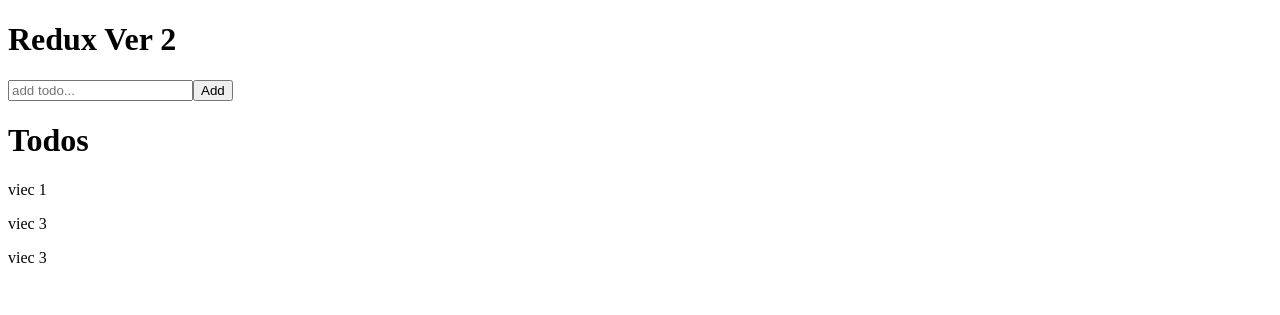
Repository: huynhnt1406/react-redux-tutorial
Page: / (app in redux-v2/)
These files come from the project's save history. The page is drawn as it stood at one moment and after the next save; the edit follows.
The browser window is 1280 px wide. The pictures show the whole page.
The project was rebuilt for these pictures with package versions that can differ from the ones it lists, and the page was loaded fresh each time.

Above is the page before, as saved 2021-06-19 02:31:31.

### redux-v2/src/index.js
import React from 'react';
import ReactDOM from 'react-dom';
import App from './App';
import * as serviceWorker from './serviceWorker';

ReactDOM.render(
  <React.StrictMode>
      <App />
  </React.StrictMode>,
  document.getElementById('root')
);

// If you want your app to work offline and load faster, you can change
// unregister() to register() below. Note this comes with some pitfalls.
// Learn more about service workers: https://bit.ly/CRA-PWA
serviceWorker.unregister();

### redux-v2/src/App.js
import React from 'react';
import TodoForm from './component/TodoForm';
import Todos from './component/Todos';
import {Provider} from 'react-redux'
import store from './store';
function App() {
  return (
    <Provider store={store}>
      <div className="App">
        <h1>Redux Ver 2</h1>
        <TodoForm/>
        <Todos/>
      </div>
    </Provider>
  );
}

export default App;

### redux-v2/src/component/TodoForm.jsx
import React from 'react'
import { useState } from 'react'
import { useDispatch } from 'react-redux'
import {v4 as uuidv4} from 'uuid'
import { addTodo } from '../store/reducer/todoReducer'
function TodoForm() {

    const [title, setTitle] = useState('')
    const dispatch = useDispatch()

    const handleChange = (e) => {
        setTitle(e.target.value)
    }
    const handleSubmit = (e) => {
        e.preventDefault()
        if(title !==''){
            const newTodo = {
                id:uuidv4(),
                title,
                completed:false
            }
            dispatch(addTodo(newTodo))
            setTitle('')
        }
    }
    return (
        <form onSubmit={handleSubmit}>
            <input type="text" value={title} placeholder="add todo..." onChange={handleChange}/>
            <button type="submit">Add</button>
        </form>
    )
}

export default TodoForm

### redux-v2/src/component/Todos.jsx
import React from 'react'
import TodoItem from './TodoItem'

function Todos() {
    return (
        <div>
            <h1>Todos</h1>
            <TodoItem/>
        </div>
    )
}

export default Todos

### redux-v2/src/store/index.js

import {configureStore} from '@reduxjs/toolkit'
import todosReducer from './reducer/todoReducer'


const store = configureStore({
    reducer:{
        todosReducer : todosReducer
    }
})

export default store

### redux-v2/src/store/reducer/todoReducer.js
import {createSlice} from '@reduxjs/toolkit'


const todosSlice = createSlice({
    name:'todos',
    initialState:{
        todos:[
            {
                id:1,
                title:'viec 1',
                completed:false
            },
            {
                id:2,
                title:'viec 3',
                completed:false
            },
            {
                id:3,
                title:'viec 3',
                completed:false
            },
        ]
    },
    reducers:{
        addTodo: (state, action) => {
            state.todos.unshift(action.payload)
        },
        archiveTodo: (state,action) => {
            state.todos.filter(todo => todo.id !== action.payload)
        }
    }
})

const todosReducer = todosSlice.reducer

export const todosSelector = state => state.todosReducer.todos

export const {addTodo} = todosSlice.actions
export const {archiveTodo} = todosSlice.actions

export default todosReducer

### redux-v2/src/component/TodoItem.jsx
import React from 'react'
import { useSelector } from 'react-redux'
import { todosSelector } from '../store/reducer/todoReducer'


function TodoItem() {

    const todos = useSelector(todosSelector)
    return (
        <div>
            {
                todos.map(todo => (
                    <p key={todo.id}>{todo.title}</p>
                ))
            }
        </div>
    )
}

export default TodoItem

Loaded but not shown: redux-v2/public/index.html (common file); redux-v2/src/serviceWorker.js (common file)

After the next save:
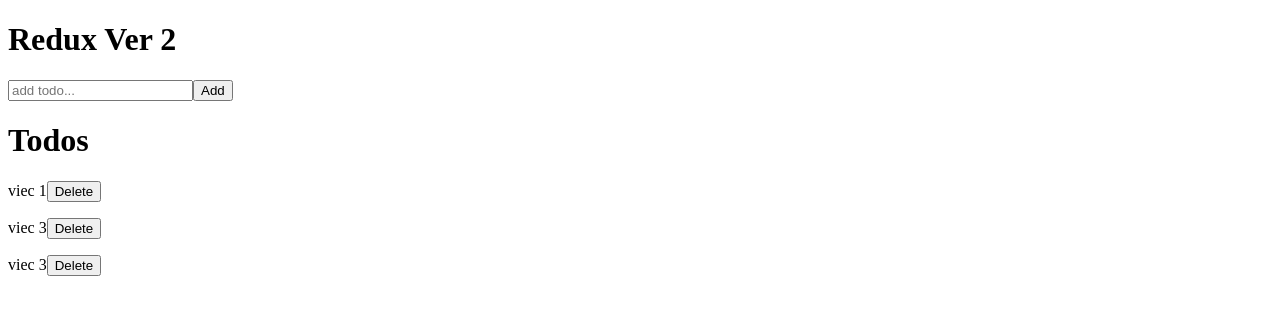
Saved 2 min 14 s later.
--- a/redux-v2/src/component/TodoItem.jsx
+++ b/redux-v2/src/component/TodoItem.jsx
@@ -1,16 +1,18 @@
 import React from 'react'
-import { useSelector } from 'react-redux'
-import { todosSelector } from '../store/reducer/todoReducer'
+import { useDispatch, useSelector } from 'react-redux'
+import { archiveTodo, todosSelector } from '../store/reducer/todoReducer'
 
 
 function TodoItem() {
-
     const todos = useSelector(todosSelector)
+    const dispatch = useDispatch()
     return (
         <div>
             {
                 todos.map(todo => (
-                    <p key={todo.id}>{todo.title}</p>
+                    <p key={todo.id}>{todo.title}<button onClick={() =>
+                        dispatch(archiveTodo(todo.id))
+                    }>Delete</button></p>
                 ))
             }
         </div>
